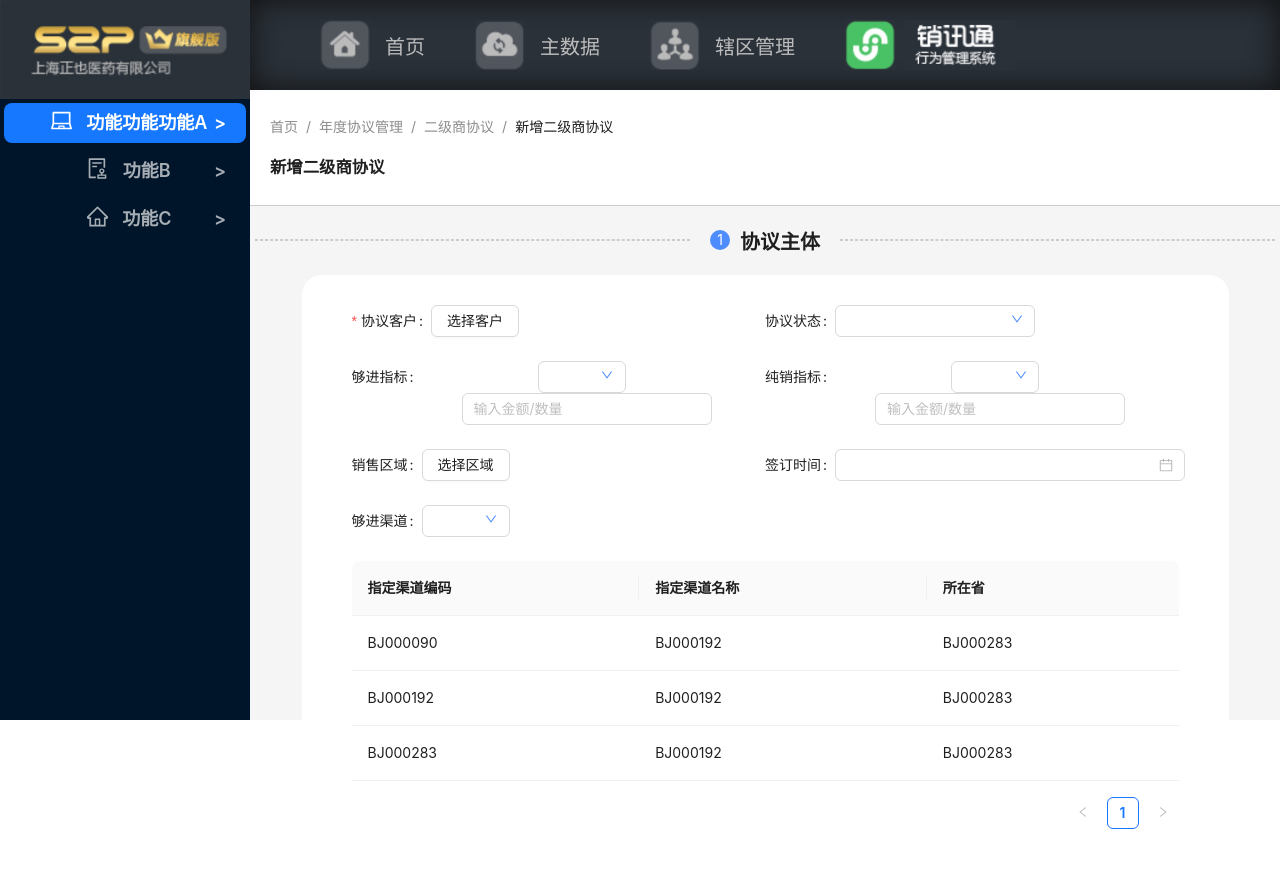
Repository: XiChips/questionB
Page: /
These files come from the project's save history. The page is drawn as it stood at one moment and after the next save; the edit follows.
The browser window is 1280 px wide. The pictures show the whole page.
The project was rebuilt for these pictures with package versions that can differ from the ones it lists, and the page was loaded fresh each time. Also part of the build but not shown: vue.config.js.

Above is the page before, as saved 2024-02-28 13:27:58.

### src/main.js
import { createApp } from 'vue'
import App from './App.vue'
import router from './router'
import store from './store'
import { setupAntd } from './ant-design-vue/index'
import { message } from "ant-design-vue";
import './assets/css/index.css'
// import axios from "axios";
// moment.locale('zh-cn')
const app = createApp(App)
setupAntd(app)
// app.use(Button).use(Layout)
app.use(store).use(router).mount('#app')



// app.config.globalProperties.$axios = axios
app.config.globalProperties.$message = message

### src/router/index.js
import { createRouter, createWebHashHistory } from 'vue-router'

const routes = [
  {
    path: '/',
    name: 'home',
    component: () => import('../views/home.vue')
  },
  {
    path: '/about',
    name: 'about',

    component: () => import('../views/AboutView.vue')
  }
]

const router = createRouter({
  history: createWebHashHistory(),
  routes
})

export default router

### src/ant-design-vue/index.js
import { Button, Layout, Image, Form, Checkbox,Radio, Input, Popover, Menu, Drawer, Breadcrumb, Typography, message, Divider, Table, DatePicker, Popconfirm, Space, InputNumber, Select, PageHeader, Steps, Statistic, Transfer, Upload, Switch, Modal, Tabs } from 'ant-design-vue';

// import 'ant-design-vue/dist/antd.min.css'

const components = [
    Button,
    Layout,
    Form,
    Input,
    Menu,
    Breadcrumb,
    Table,
    Popconfirm,
    Select,
    PageHeader,
    Steps,
    Transfer,
    Upload,
    Switch,
    Modal,
    Tabs,
    Statistic,
    InputNumber,
    Space,
    DatePicker,
    Divider,
    Image,
    Typography,
    Drawer,
    Popover,
    Radio,
    Checkbox
]

export function setupAntd(app) {
    components.forEach(component => {
        app.use(component)
    })
    app.config.globalProperties.$message = message
}

### src/assets/css/index.css
body {
    margin: 0;
}

.logo img {
    width: 100%;
}

:where(.css-dev-only-do-not-override-1hsjdkk).ant-menu-dark {
    background-color: rgb(42, 49, 57);
}

.ant-menu .anticon {
    margin-right: 10px;
    font-size   : 18px;
}


.ant-upload-select-picture-card i {
    font-size: 32px;
    color    : #999;
}

.ant-upload-select-picture-card .ant-upload-text {
    margin-top: 8px;
    color     : #666;
}

.ant-upload-list-picture-card .ant-upload-list-item:hover .ant-upload-list-item-info:before {
    left: 0;
}

.ant-page-header {
    background: #fff;
}

.ant-page-header.has-breadcrumb {
    padding: 5px 24px;
}

.ant-menu {
    font-size  : 18px;
    font-weight: 600;
}

.ant-tabs-tab span {
    color      : #000;
    font-weight: bold;
    display    : inline-block;
}


.ant-upload-list-picture-card .ant-upload-list-item-info:before {
    left: 0
}

hr {
    width       : 90%;
    margin      : 0 auto;
    border-color: #99999910;
}

.title {
    background-color: rgb(42, 49, 57);
    display         : flex;
    height          : fit-content;
    padding         : 20px 70px;
    color           : rgb(187, 187, 187);
    box-shadow      : inset 0px 0 30px #111;
}

.title>div {
    margin-right: 50px;
    font-size   : 20px;
}

.title img {
    width         : 50px;
    height        : 50px;
    margin-right  : 15px;
    vertical-align: middle;
}

.title span {
    display         : inline-block;
    vertical-align  : middle;
    /* margin-bottom: 5px; */
}

:where(.css-dev-only-do-not-override-1hsjdkk).ant-menu-inline.ant-menu-root .ant-menu-item>.ant-menu-title-content,
:where(.css-dev-only-do-not-override-1hsjdkk).ant-menu-inline.ant-menu-root .ant-menu-submenu-title>.ant-menu-title-content {
    flex: none;
}

.ant-menu .anticon svg {
    width : 1.5em;
    height: 1.5em;
}

.title2 {
    display        : flex;
    justify-content: space-between;
    align-items    : center;
}

.title2>div {
    width: 300px;
}

.title2 hr {
    height: 1px;
    border: 1px dashed #ccc;
    margin: 0 5px;
}

.title2 span {
    display         : inline-block;
    width           : 20px;
    height          : 20px;
    line-height     : 20px;
    background-color: rgb(79, 140, 255);
    color           : #fff;
    border-radius   : 50%;
    margin-right    : 10px;
    vertical-align  : middle;
}


.title2 p {
    display       : inline-block;
    font-size     : 20px;
    vertical-align: middle;
    font-weight   : bold;
}

.area {
    background-color: #fff;
    border-radius   : 20px;
    width           : 90%;
    margin          : 0 auto;
    padding         : 30px 50px;
}

.line2 {
    display        : flex;
    justify-content: space-between;
}

.line2>div {
    width: 50%;
}

.area .ant-form-item-control-input {
    width: 25vw;
}

.ant-form-item-control-input-content {
    flex: none !important;
}

:where(.css-dev-only-do-not-override-1hsjdkk).ant-form-item .ant-form-item-label {
    /* position: relative; */
    overflow: visible;
}

:where(.css-dev-only-do-not-override-1hsjdkk).ant-form-item .ant-form-item-label>label.ant-form-item-required:not(.ant-form-item-required-mark-optional)::before {
    position: absolute;
    left    : -12px;
    top     : 7px
}

:where(.css-dev-only-do-not-override-1hsjdkk).ant-select .ant-select-arrow .anticon>svg{
    vertical-align: middle;
}

### src/views/home.vue
<template>
  <a-layout>
    <a-layout>
      <a-layout-sider width="250">
        <a-menu theme="dark" v-model:selectedKeys="selectedKeys" v-model:openKeys="openKeys" mode="inline" :style="{ height: '100%', borderRight: 0 }">
          <div class="logo">
            <img src="../assets/images/logo.png" alt="">
          </div>
          <!-- <hr /> -->

          <div v-for="(item, i) in links" style="display: flex;justify-content: space-between;">
            <a-menu-item v-if="item.children == undefined" :key="`item${i}_0`" @click="changeTab(item.name)">
              <LaptopOutlined v-if="item.name == '功能功能功能A'" />
              <AuditOutlined v-if="item.name == '功能B'" />
              <HomeOutlined v-if="item.name == '功能C'" />
              {{ item.name }}
              <span style="position: absolute;right: 20px;">{{ ">" }}</span>
            </a-menu-item>

          </div>
        </a-menu>
      </a-layout-sider>
      <a-layout style="padding: 0px 0px 24px" theme="dark">
        <a-layout-content :style="{ background: 'rgb(245,245,245)', padding: '0px', margin: 0, minHeight: '280px', }">

          <div class="title">
            <div><img src="../assets/images/icon1.png" alt=""><span>首页</span></div>
            <div><img src="../assets/images/icon2.png" alt=""><span>主数据</span></div>
            <div><img src="../assets/images/icon3.png" alt=""><span>辖区管理</span></div>
            <div><img src="../assets/images/icon4.png" alt=""><img src="../assets/images/text.png" style="width: auto;margin-left: -5px;" alt=""></div>
          </div>
          <div style="padding: 10px 20px;background-color: rgb(255,255,255);border-bottom: 1px solid #ccc;">
            <a-breadcrumb :style="{ margin: '36px 20px' }">
              <a-breadcrumb-item>首页</a-breadcrumb-item>
              <a-breadcrumb-item>年度协议管理</a-breadcrumb-item>
              <a-breadcrumb-item>二级商协议</a-breadcrumb-item>
              <a-breadcrumb-item>新增二级商协议</a-breadcrumb-item>
            </a-breadcrumb>
            <h3 style="text-align: left;">
              新增二级商协议
            </h3>
          </div>
          <div class="content">
            <div class="title2">
              <hr>
              <div>
                <span>1</span>
                <p>协议主体</p>
              </div>
              <hr>
            </div>
            <div class="area">
              <a-form :model="formState" autocomplete="off" @finish="onFinish" @finishFailed="onFinishFailed">
                <div class="line2">

                  <a-form-item label="协议客户" :rules="[{ required: true}]">
                    <a-button v-if="visible" @click="selectCustom">选择客户</a-button>
                    <a-select defaultOpen v-if="!visible" v-model:value="inputs.value1c" show-search placeholder="" style="width: 200px" :options="options" :filter-option="filterOption" @focus="handleFocus" @blur="handleBlur" @change="changeCustom"></a-select>
                    <span style="margin-left: 20px;">{{ inputs.value1 }}</span>
                  </a-form-item>
                  <a-form-item label="协议状态">
                    <a-select v-model:value="inputs.value2" placeholder="" style="width: 200px" :options="options2" :filter-option="filterOption" @focus="handleFocus" @blur="handleBlur" @change="handleChange">
                      <template #suffixIcon>
                        <down-outlined style="width: 15px;height: 15px;color: rgb(78,139,254);" />
                      </template>
                    </a-select>
                  </a-form-item>
                </div>
                <div class="line2">
                  <a-form-item label="够进指标">
                    <a-select v-model:value="inputs.value3" placeholder="" style="width: 88px" :options="options3" :filter-option="filterOption" @focus="handleFocus" @blur="handleBlur" @change="handleChange">
                      <template #suffixIcon>
                        <down-outlined style="width: 15px;height: 15px;color: rgb(78,139,254);" />
                      </template>
                    </a-select>
                    <a-input v-model:value="inputs.value3" placeholder="输入金额/数量" style="width: 250px;margin-left: 10px;"></a-input>
                  </a-form-item>
                  <a-form-item label="纯销指标">
                    <a-select v-model:value="inputs.value3" placeholder="" style="width: 88px" :options="options3" :filter-option="filterOption" @focus="handleFocus" @blur="handleBlur" @change="handleChange">
                      <template #suffixIcon>
                        <down-outlined style="width: 15px;height: 15px;color: rgb(78,139,254);" />
                      </template>
                    </a-select>
                    <a-input v-model:value="inputs.value3" placeholder="输入金额/数量" style="width: 250px;margin-left: 10px;"></a-input>
                  </a-form-item>
                </div>
                <div class="line2">
                  <a-form-item label="销售区域">
                    <a-button v-if="visible2" @click="selectArea">选择区域</a-button>
                    <a-select v-if="!visible2" v-model:value="inputs.value7c" placeholder="" style="width: 88px" :options="options4" :filter-option="filterOption" @focus="handleFocus" @blur="handleBlur" @change="changeArea">
                      <template #suffixIcon>
                        <down-outlined style="width: 15px;height: 15px;color: rgb(78,139,254);" />
                      </template>
                    </a-select>
                    <a-button type="primary" v-if="inputs.value7.length" v-for="(item,id) in inputs.value7" style="margin-left: 10px;"><span @click="deleteItem(id)">{{ item }}
                        <close-outlined /></span></a-button>
                  </a-form-item>
                  <a-form-item label="签订时间">
                    <a-date-picker placeholder="" show-time v-model:value="value1" style="width:350px" />
                  </a-form-item>
                </div>
              </a-form>
              <div class="line2">
                <a-form-item label="够进渠道">
                  <a-select v-model:value="inputs.value3" placeholder="" style="width: 88px" :options="options5" :filter-option="filterOption" @focus="handleFocus" @blur="handleBlur" @change="handleChange">
                    <template #suffixIcon>
                      <down-outlined style="width: 15px;height: 15px;color: rgb(78,139,254);" />
                    </template>
                  </a-select>
                </a-form-item>
              </div>

              <a-table :dataSource="data" :columns="columns" />

            </div>
          </div>
          <!-- <router-view v-else></router-view> -->
        </a-layout-content>
      </a-layout>

    </a-layout>
  </a-layout>
</template>
<script>
import {
  UserOutlined,
  LaptopOutlined,
  NotificationOutlined,
  HomeOutlined,
  TeamOutlined,
  DesktopOutlined,
  BarChartOutlined,
  ContactsOutlined,
  AuditOutlined,
  ScheduleOutlined,
  ToolOutlined,
  FundProjectionScreenOutlined,
  UserSwitchOutlined,
  TransactionOutlined,
  DownOutlined,
  CloseOutlined
} from "@ant-design/icons-vue";
import { defineComponent, ref } from "vue";

export default defineComponent({
  components: {
    UserOutlined,
    LaptopOutlined,
    NotificationOutlined,
    HomeOutlined,
    TeamOutlined,
    DesktopOutlined,
    BarChartOutlined,
    ContactsOutlined,
    AuditOutlined,
    ScheduleOutlined,
    ToolOutlined,
    FundProjectionScreenOutlined,
    UserSwitchOutlined,
    TransactionOutlined,
    DownOutlined,
    CloseOutlined
  },
  name: "home",
  data() {
    return {
      activeKey: 0,
      formState: {
        username: "",
        password: "",
      },
      inputs: {
        value1: "",
        value1c: "",
        value2: "",
        value3: "",
        value4: "",
        value7c: "",
        value7: [],
      },
      visible: true,
      visible2: true,
      links: [
        {
          name: "功能功能功能A",
        },
        {
          name: "功能B",
        },
        {
          name: "功能C",
        },
      ],
      options: [{ value: "上海正也医药有限公司", id: "上海正也医药有限公司" }],
      options2: [{ value: "正常", id: "正常" }, { value: "异常", id: "异常" }],
      options3: [{ value: "金额", id: "金额" }, { value: "金额", id: "金额" }],
      options4: [{ value: "全国", id: "全国" }, { value: "上海", id: "上海" }],
      options5: [{ value: "指定渠道", id: "指定渠道" }],
      pages: [{ name: "首页", link: "/" }],
      data: [{
        col1: "BJ000090",
        col2: "BJ000192",
        col3: "BJ000283",
      },
    {
        col1: "BJ000192",
        col2: "BJ000192",
        col3: "BJ000283",
      },
    {
        col1: "BJ000283",
        col2: "BJ000192",
        col3: "BJ000283",
      }],
      columns: [
        {
          title: '指定渠道编码',
          dataIndex: 'col1',
          key: 'col1',
        },
        {
          title: '指定渠道名称',
          dataIndex: 'col2',
          key: 'col2',
        },
        {
          title: '所在省',
          dataIndex: 'col3',
          key: 'col3',
        }
      ],
      routes: [],
    };
  },
  setup() {
    return {
      selectedKeys: ref(["item0_0"]),
      collapsed: ref(false),
      openKeys: ref(["title1"]),
      basePath: "/index",
    };
  },
  methods: {
    changeTab() {

    },
    selectCustom() {
      this.visible = false
      this.inputs.value1c = ""
    },
    changeCustom() {
      this.visible = true
      this.inputs.value1 = this.inputs.value1c
    },
    selectArea() {
      this.visible2 = false
      this.inputs.value7c = ""
    },
    changeArea() {
      this.inputs.value7.push(this.inputs.value7c)
      this.inputs.value7 = Array.from(new Set(this.inputs.value7))
      this.inputs.value7c = ""
    },
    deleteItem(id) {
      this.inputs.value7.splice(id, 1)
    }
  },
  created() { },
  beforeMounte() { },
  mounted() {

  },
  watch: {
    $route(to, from) {
      // console.log(from.path);//从哪来
      // console.log(to.path);//到哪去
    },
  },
});
</script>
<style>
.ant-layout {
  height: 100vh;
}
.ant-breadcrumb {
  margin: 16px 0 !important;
}
</style>

Loaded but not shown: public/index.html (common file); src/App.vue (common file); src/store/index.js (common file)

After the next save:
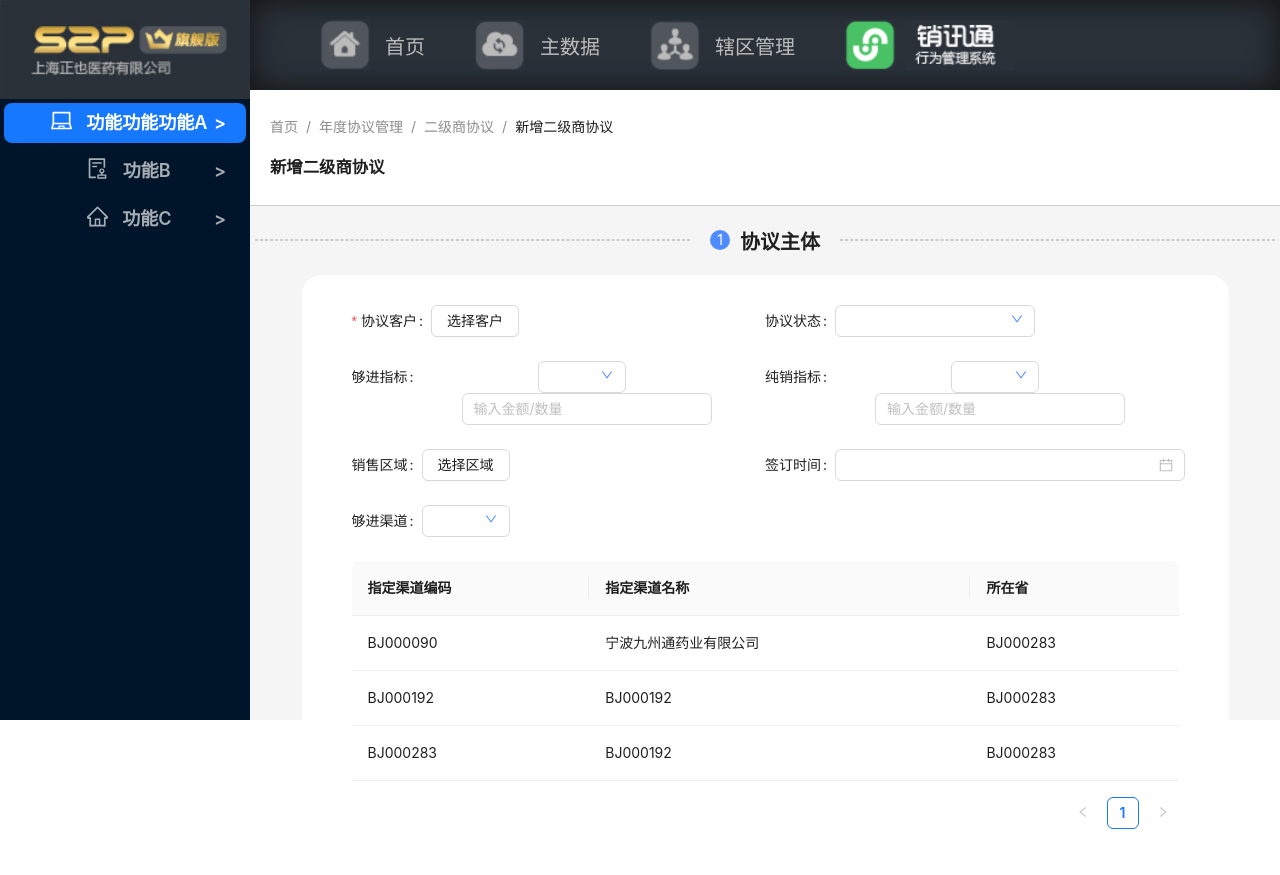
Saved 10 s later.
--- a/src/views/home.vue
+++ b/src/views/home.vue
@@ -199,7 +199,7 @@
       pages: [{ name: "首页", link: "/" }],
       data: [{
         col1: "BJ000090",
-        col2: "BJ000192",
+        col2: "宁波九州通药业有限公司",
         col3: "BJ000283",
       },
     {
